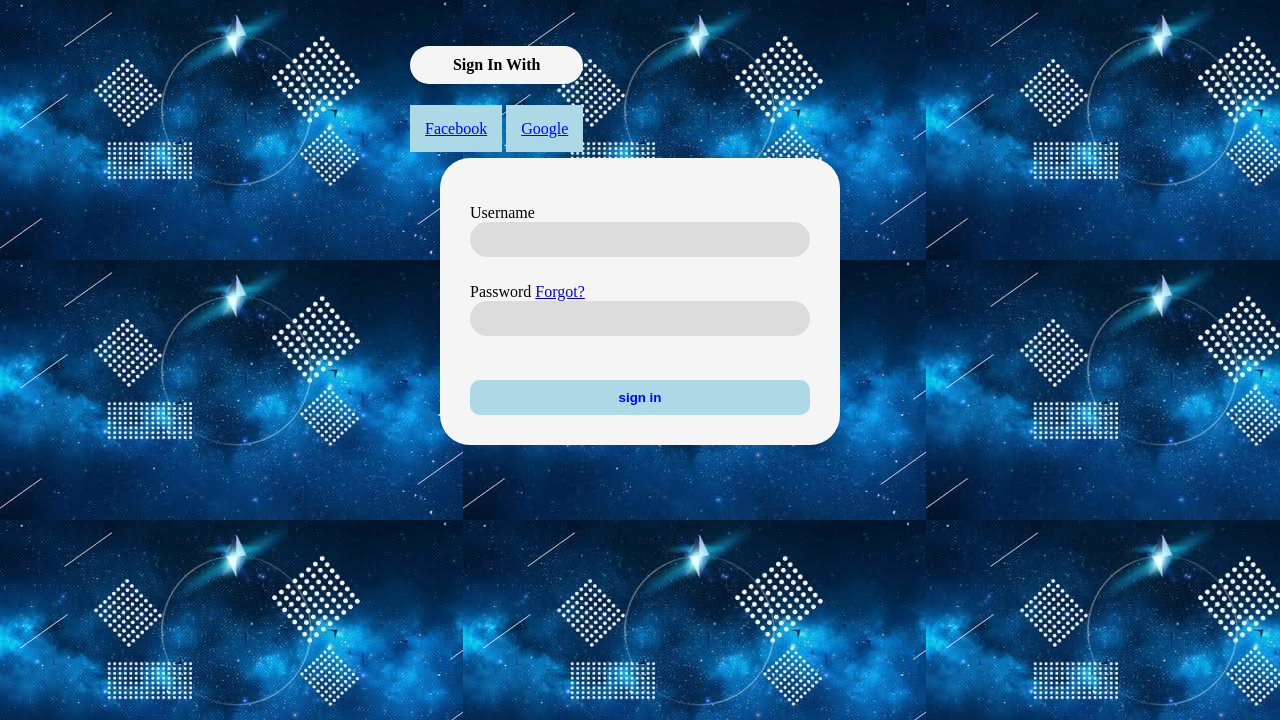
Repository: Tobby004/bdc-assignment-2
Page: index.html
An editor plug-in stored every save of this project. The page is shown before and after the next save, followed by the edit.
The browser window is 1280 px wide. The pictures show the whole page.

Above is the page before, as saved 2023-02-11 23:28:11.

### index.html
<!DOCTYPE html>
<html lang="en">
<head>
    <meta charset="UTF-8">
    <meta http-equiv="X-UA-Compatible" content="IE=edge">
    <meta name="viewport" content="width=<device-width>, initial-scale=1.0">
    <title>Document</title>
    <link rel="stylesheet" href="task.css">
</head>
<body>
    <header>
    <div class="box-container">
        <div class="box1">
        <br>
            <b>
             Sign In With
            </b>
        <br>
        <br>
        <a href="#">
            Facebook</a>
            <a href="#">
                Google
            </a>
        </div>
            </div>
        </header>


        <div class="form-input">
        <p>Username
            <br>
            <input type="text" placeholder="" />
        </p>
         <p>Password
            <a href="#">Forgot?</a>
            <br>
            <input type="password" />
         </p>
         <br>
         <button><b>sign in</b></button>
        </div>


</body>
</html>

### task.css
*{
    box-sizing:border-box;
}
header{

    display: flex;
    padding: 20px;
    max-width: 500px;
    margin-left: auto;
    margin-right: auto;
    border: none;
}
body{
    background-image: url(image/IMG100.JPG)
}
header b {
    background-color:whitesmoke ;
    display: flex;
    padding: 10px;
    border-radius: 40px;
    margin-right: auto;
    margin-left: auto;
    max-width: 500px;
    justify-content: center;
}
header a {
    display: flexbox;
    padding: 15px;
    color: blue;
    background-color: lightblue;
    width: 100%;
    max-width: 100px;
}
.form-input{
    display: block;
    max-width: 400px;
    background-color: whitesmoke;
    padding: 30px;
    margin-left: auto;
    margin-right: auto;
    border-radius: 30px;
}

input {
    background-color: gainsboro;
    display: flexbox;
    padding: 10px;
    width: 100%;
    border: none;
    border-radius: 30px;
    margin-bottom: 10px;
}
button {
    display: block;
    padding: 10px;
    width: 100%;
    border: none;
    color: blue;
    border-radius: 10px;
    background: lightblue;
}

After the next save:
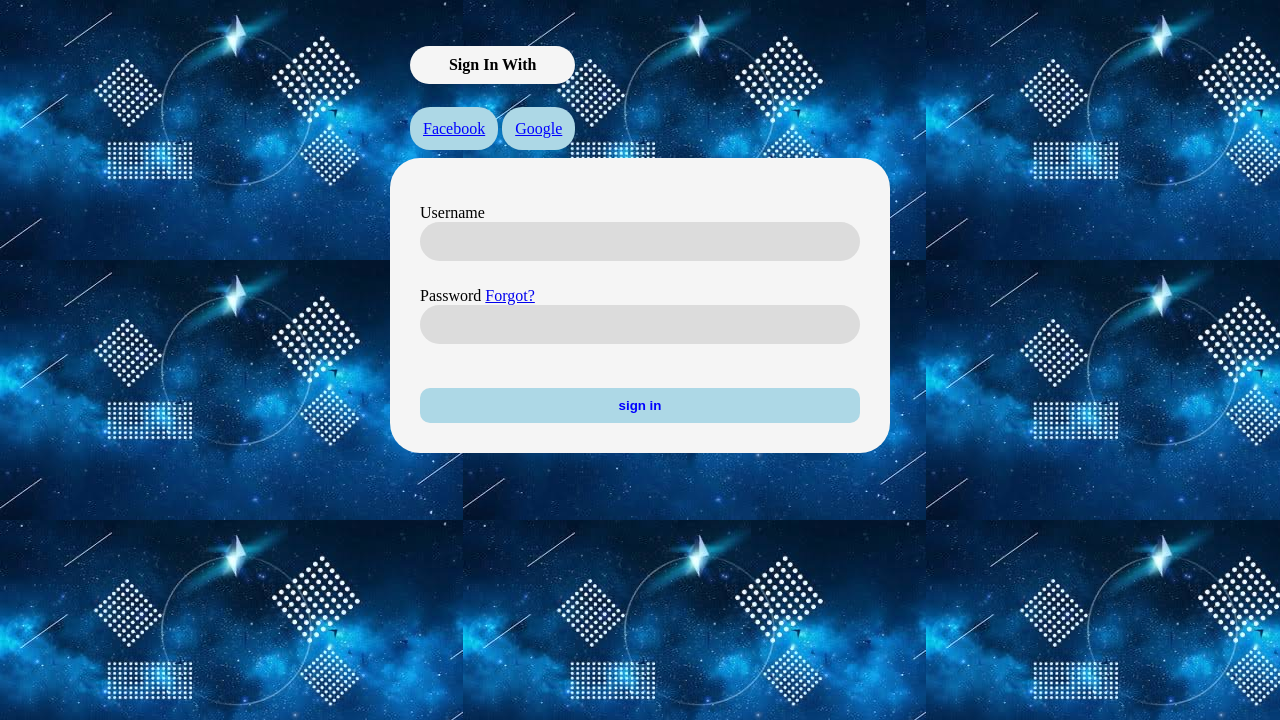
Saved 5 min 12 s later.
--- a/task.css
+++ b/task.css
@@ -17,7 +17,7 @@ header b {
     background-color:whitesmoke ;
     display: flex;
     padding: 10px;
-    border-radius: 40px;
+    border-radius: 30px;
     margin-right: auto;
     margin-left: auto;
     max-width: 500px;
@@ -25,15 +25,17 @@ header b {
 }
 header a {
     display: flexbox;
-    padding: 15px;
+    padding: 13px;
     color: blue;
+    border-radius: 20px;
     background-color: lightblue;
-    width: 100%;
+    width: 200%;
+    margin-bottom: 20px;
     max-width: 100px;
 }
 .form-input{
     display: block;
-    max-width: 400px;
+    max-width: 500px;
     background-color: whitesmoke;
     padding: 30px;
     margin-left: auto;
@@ -44,7 +46,7 @@ header a {
 input {
     background-color: gainsboro;
     display: flexbox;
-    padding: 10px;
+    padding: 12px;
     width: 100%;
     border: none;
     border-radius: 30px;
